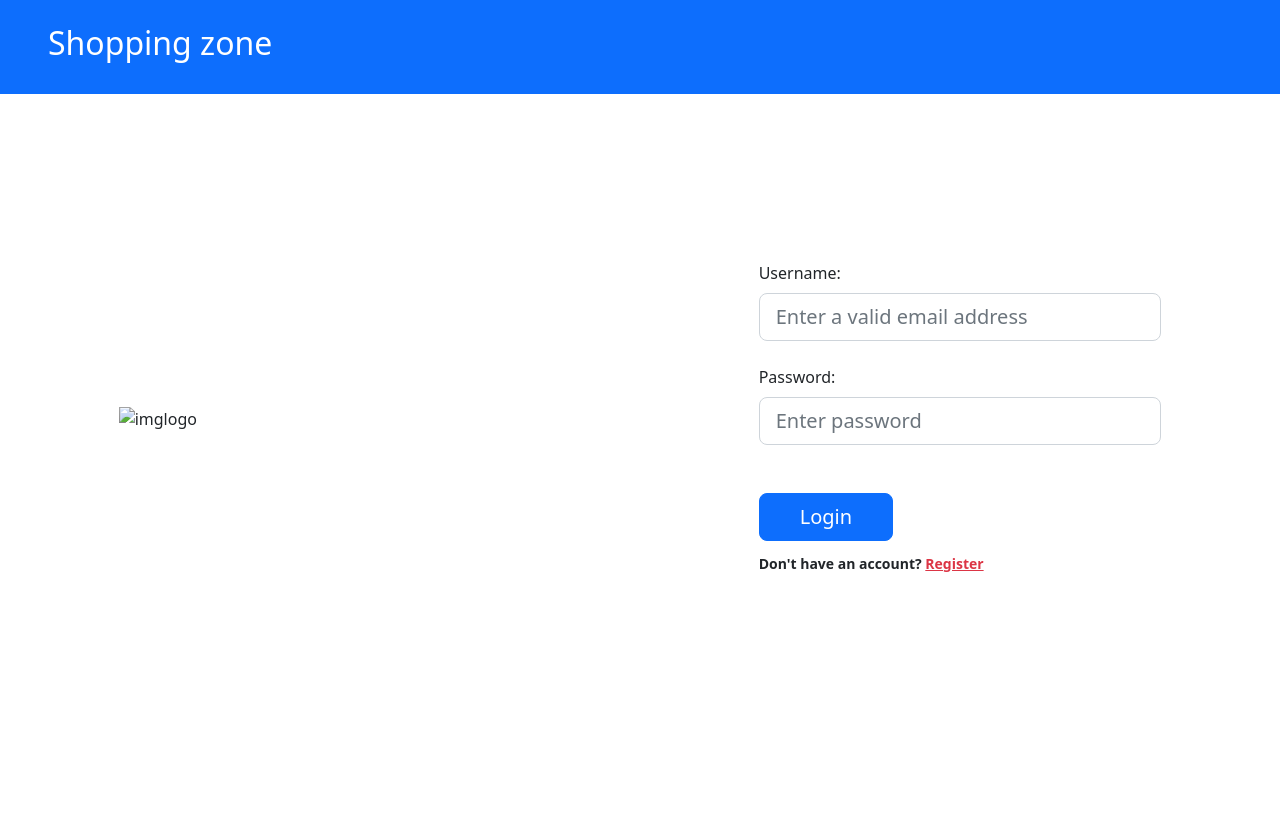
Repository: Rishicollinz/Java_Fullstack
Page: http://localhost/shopping/login.jsp
These files come from the project's save history. The page is drawn as it stood at one moment and after the next save; the edit follows.
The browser window is 1280 px wide. The pictures show the whole page.
The page is served by Tomcat 9. Other server files are loaded and not shown.

Above is the page before, as saved 2023-05-21 04:26:05.

### Eclipse 2/shopping/src/main/webapp/login.jsp
<%@ page language="java" contentType="text/html; charset=UTF-8"
    pageEncoding="UTF-8"%>
    <%@ taglib prefix="c" uri="http://java.sun.com/jsp/jstl/core" %>
<!DOCTYPE html>
<html>
<head>
<meta charset="UTF-8">
<title>Login page</title>

<meta charset="utf-8">
  <meta name="viewport" content="width=device-width, initial-scale=1">
  <link href="https://cdn.jsdelivr.net/npm/bootstrap@5.2.3/dist/css/bootstrap.min.css" rel="stylesheet">
  <script src="https://cdn.jsdelivr.net/npm/bootstrap@5.2.3/dist/js/bootstrap.bundle.min.js"></script>
<style>
.divider:after,
.divider:before {
content: "";
flex: 1;
height: 1px;
background: #eee;
}
.h-custom {
height: calc(100% - 73px);
}
@media (max-width: 450px) {
.h-custom {
height: 100%;
}
}
</style>
</head>

<body>
<div
    class="d-flex flex-column flex-md-row text-center text-md-start justify-content-between py-4 px-4 px-xl-5 bg-primary">
<h2 style="color: white">Shopping zone</h2>
</div>
<section class="vh-100">
  <div class="container-fluid h-custom">
    <div class="row d-flex justify-content-center align-items-center h-100">
      <div class="col-md-9 col-lg-6 col-xl-5">
		  <img id="image-1" alt="imglogo" src="/shopping/img/szlogo.png"/>
      </div>
      <div class="col-md-8 col-lg-6 col-xl-4 offset-xl-1">
        <form action="login" method="post">


          <!-- Username input -->
          <div class="form-outline mb-4">
          	<label class="form-label" for="form3Example3">Username:</label>
            <input type="text" id="form3Example3" class="form-control form-control-lg"
              placeholder="Enter a valid email address" name="username"/>
          </div>

          <!-- Password input -->
          <div class="form-outline mb-3">
          	<label class="form-label" for="form3Example4">Password:</label>
            <input type="password" id="form3Example4" class="form-control form-control-lg"
              placeholder="Enter password" name="password" />
          </div>

          <div class="d-flex justify-content-between align-items-center">

          </div>

          <div class="text-center text-lg-start mt-4 pt-2">
            <button type="submit" class="btn btn-primary btn-lg"
              style="padding-left: 2.5rem; padding-right: 2.5rem;">Login</button>
            <p class="small fw-bold mt-2 pt-1 mb-0">Don't have an account? <a href="#!"
                class="link-danger">Register</a></p>
          </div>

        </form>
      </div>
    </div>
  </div>
</section>

</body>
</html>

### Eclipse 2/shopping/src/main/java/login/LoginUserServlet.java
package login;

import java.io.IOException;
import java.sql.SQLException;

import javax.servlet.RequestDispatcher;
import javax.servlet.ServletException;
import javax.servlet.annotation.WebServlet;
import javax.servlet.http.HttpServlet;
import javax.servlet.http.HttpServletRequest;
import javax.servlet.http.HttpServletResponse;

/**
 * Servlet implementation class LoginUserServlet
 */
@WebServlet("/")
public class LoginUserServlet extends HttpServlet {
	private static final long serialVersionUID = 1L;
	private LoginUserDao loginUserDao;

    /**
     * Default constructor.
     */
    public LoginUserServlet() {
        // TODO Auto-generated constructor stub
    	this.loginUserDao=new LoginUserDao();
    }

	/**
	 * @see HttpServlet#doGet(HttpServletRequest request, HttpServletResponse response)
	 */
	protected void doGet(HttpServletRequest request, HttpServletResponse response) throws ServletException, IOException {
		// TODO Auto-generated method stub
		String action=request.getServletPath();
		try{
			switch(action) {
				case "/login":
					loginCheck(request,response);
					break;
			}
		}catch(Exception e) {
			throw new ServletException(e);
		}
	}

	private void loginCheck(HttpServletRequest request, HttpServletResponse response) throws ServletException,SQLException, IOException {
		// TODO Auto-generated method stub

		String username=request.getParameter("username");
		String password=request.getParameter("password");
		Boolean verify=loginUserDao.loginVerify(username, password);
		if(verify==false) {
			response.sendRedirect("login.jsp");
		}if(verify==true) {
			response.sendRedirect("register.jsp");
		}

	}

	/**
	 * @see HttpServlet#doPost(HttpServletRequest request, HttpServletResponse response)
	 */
	protected void doPost(HttpServletRequest request, HttpServletResponse response) throws ServletException, IOException {
		// TODO Auto-generated method stub
		doGet(request, response);
	}

}

After the next save:
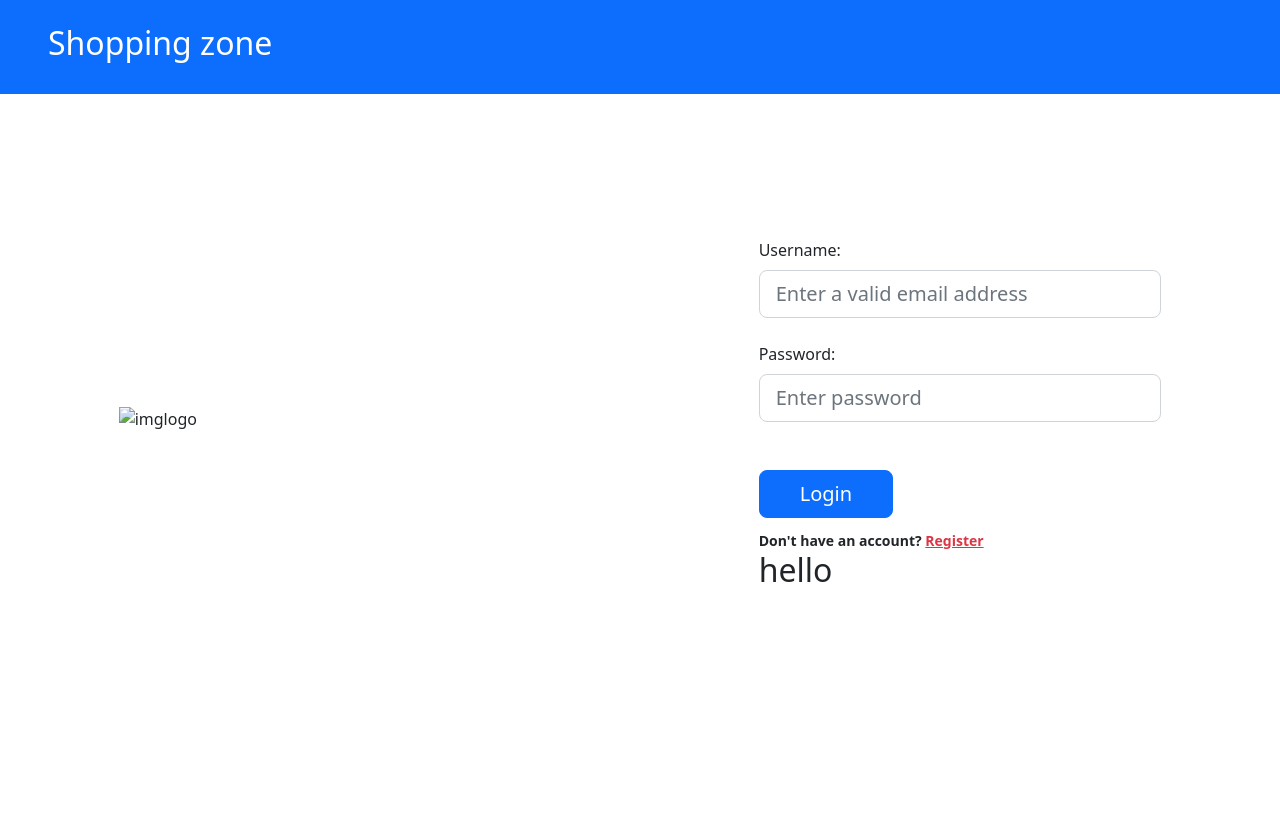
Saved 48 s later.
--- a/Eclipse 2/shopping/src/main/webapp/login.jsp
+++ b/Eclipse 2/shopping/src/main/webapp/login.jsp
@@ -39,7 +39,7 @@ height: 100%;
   <div class="container-fluid h-custom">
     <div class="row d-flex justify-content-center align-items-center h-100">
       <div class="col-md-9 col-lg-6 col-xl-5">
-		  <img id="image-1" alt="imglogo" src="/shopping/img/szlogo.png"/>
+		  <img id="image-1" alt="imglogo" src="img/szlogo.png"/>
       </div>
       <div class="col-md-8 col-lg-6 col-xl-4 offset-xl-1">
         <form action="login" method="post">
@@ -69,6 +69,8 @@ height: 100%;
             <p class="small fw-bold mt-2 pt-1 mb-0">Don't have an account? <a href="#!"
                 class="link-danger">Register</a></p>
           </div>
+          <div>
+          <h2>hello</h2></div>
 
         </form>
       </div>
